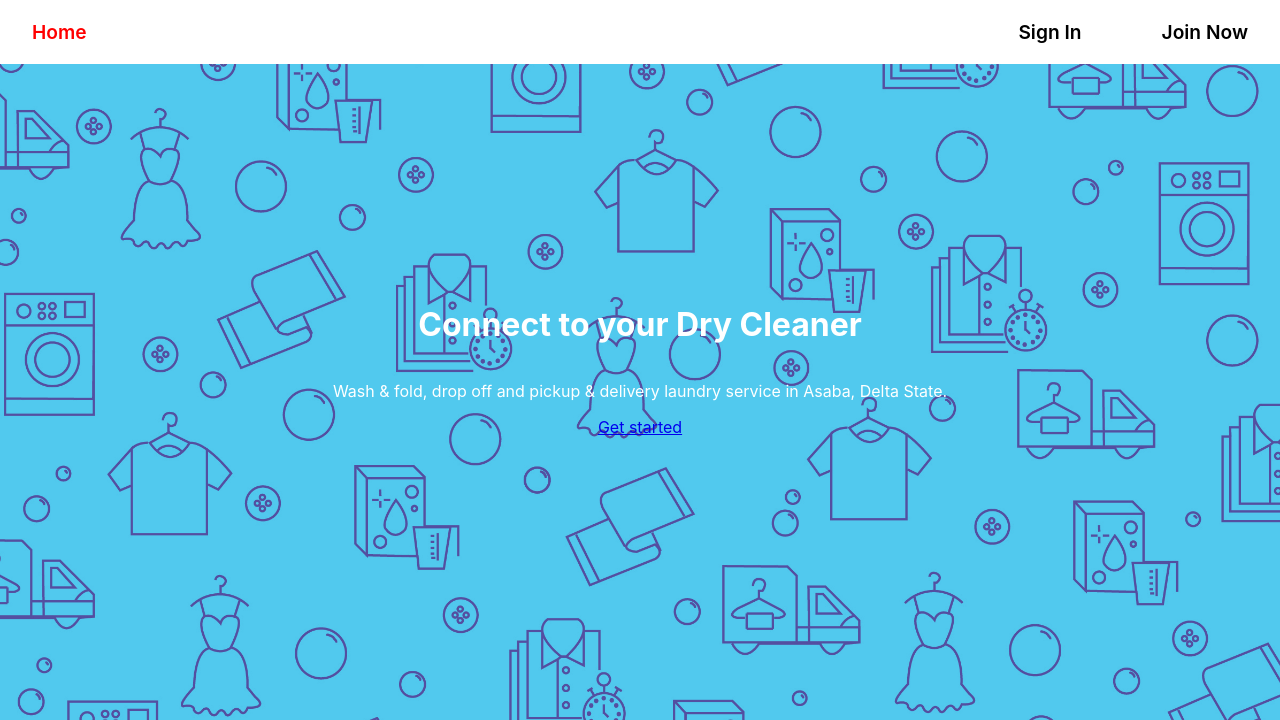
Repository: MikkyPrestige/fake-user-authentication
Page: /
These files come from the project's save history. The page is drawn as it stood at one moment and after the next save; the edit follows.
The browser window is 1280 px wide. The pictures show the whole page.
The project was rebuilt for these pictures with package versions that can differ from the ones it lists, and the page was loaded fresh each time.

Above is the page before, as saved 2022-11-19 22:55:02.

After the next save:
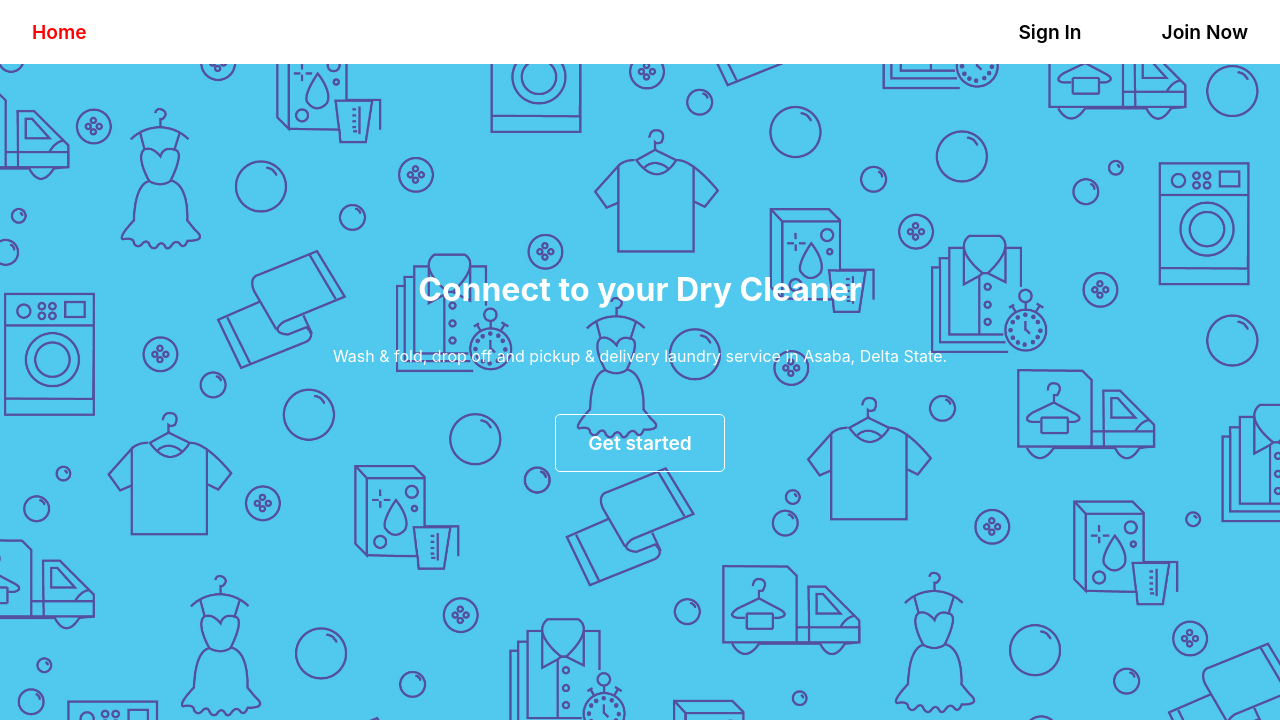
Saved 53 s later.
--- a/src/assets/styles/home.css
+++ b/src/assets/styles/home.css
@@ -15,3 +15,18 @@
 .home__title {
 
 }
+
+.home__description {
+
+}
+
+.home__link {
+  text-decoration: none;
+  color: #fff;
+  font-size: 1.2rem;
+  font-weight: 600;
+  padding: 1rem 2rem;
+  border: 1px solid #fff;
+  border-radius: 5px;
+  margin-top: 2rem;
+}
